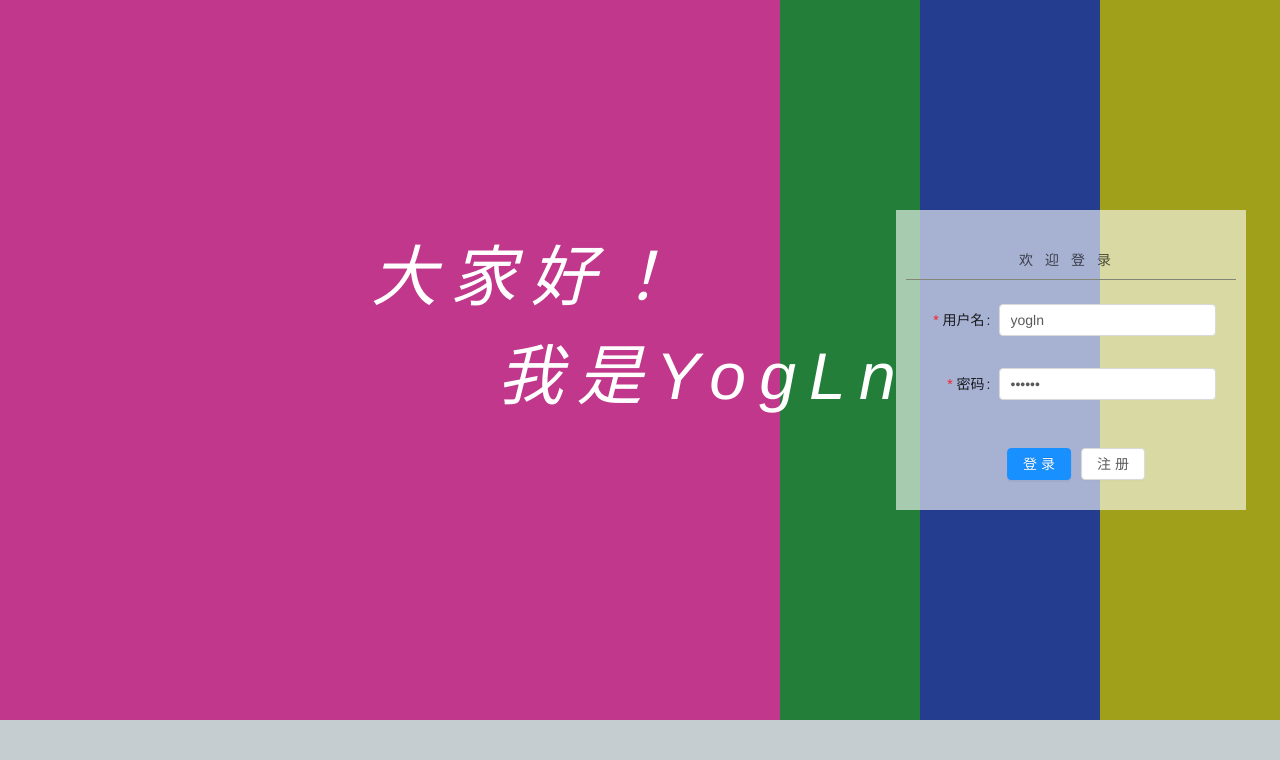
Repository: YogLn/theory-fre
Page: /register
These files come from the project's save history. The page is drawn as it stood at one moment and after the next save; the edit follows.
The browser window is 1280 px wide. The pictures show the whole page.
Backgrounds fixed to the window are drawn as part of the page. The project was rebuilt for these pictures with package versions that can differ from the ones it lists, and the page was loaded fresh each time.

Above is the page before, as saved 2021-07-22 16:45:37.

### src/App.vue
<template>
  <div id="app">
    <router-view />
  </div>
</template>

<style lang="less">
html,
body,
#app {
  height: 100%;
  font-family: 'Helvetica Neue', Helvetica, 'PingFang SC', 'Hiragino Sans GB',
    'Microsoft YaHei', '微软雅黑', Arial, sans-serif;
  background: url('./assets/img/home.jpg') no-repeat center;
  min-height: 760px;
  background-attachment: fixed;
  background-size: 100% 100%;
}
</style>

### src/router/index.js
import Vue from 'vue'
import VueRouter from 'vue-router'

const Login = () => import('../pages/login/Login.vue')
const Home = () => import('../pages/home/Home.vue')
const Register = () => import('../pages/login/Register.vue')
const Moment = () => import('../pages/moment/Moment.vue')
const Publish = () => import('../pages/moment/Publish.vue')
const Mine = () => import('../pages/mine/Mine.vue')
const Comment = () => import('../components/comment/Comment.vue')

Vue.use(VueRouter)

const routes = [
  {
    path: '',
    redirect: '/login'
  },
  {
    path: '/login',
    component: Login
  },
  {
    path: '/register',
    component: Register
  },
  {
    path: '/home',
    component: Home,
    redirect: '/moment',
    children: [
      {
        path: '/moment',
        component: Moment
      },
      {
        path: '/upload',
        component: Publish
      },
      {
        path: '/moment/:momentId',
        component: Comment
      },
      {
        path: '/mine',
        component: Mine
      },
    ]
  }
]

const router = new VueRouter({
  mode: 'history',
  base: process.env.BASE_URL,
  routes
})

// 挂载路由导航守卫
router.beforeEach((to, from, next) => {
  if (to.path == '/login') return next()
  // 获取 token
  const tokenStr = window.sessionStorage.getItem('token')
  if (!tokenStr) return next('/login')
  next()
})

export default router

### src/network/request.js
import axiox from 'axios'
import { BASE_URL, TIMEOUT } from './config'
const instance = axiox.create({
  baseURL: BASE_URL,//baseURL会在发送请求的时候拼接在url参数的前面
  timeout: TIMEOUT
})

instance.interceptors.request.use(function (config) {
  config.headers.Authorization = window.sessionStorage.getItem('token')
  return config;
}, function (error) {
  // 对请求错误做些什么
  return Promise.reject(error);
});

// 添加响应拦截器
//此处可以根据服务器的返回状态码做响应的处理
//404 404 500
instance.interceptors.response.use(function (response) {
  // 对响应数据做点什么

  return response;
}, function (error) {
  // 对响应错误做点什么
  return Promise.reject(error);
});

export function get (url, params) {
  return instance.get(url, {
    params
  })
}

export function post (url, data) {
  return instance.post(url, data)
}

export function del (url) {
  return instance.delete(url)
}

export function put (url, data) {
  return instance.put(url, data)
}

### src/pages/login/Login.vue
<template>
  <div class="container">
    <div class="item yellow">
      <p>大家好！<br />&nbsp;&nbsp;&nbsp;&nbsp;我是YogLn</p>
    </div>
    <div class="item blue">
      <p>大家好！<br />&nbsp;&nbsp;&nbsp;&nbsp;我是YogLn</p>
    </div>
    <div class="item green">
      <p>大家好！<br />&nbsp;&nbsp;&nbsp;&nbsp;我是YogLn</p>
    </div>
    <div class="item pink">
      <p>大家好！<br />&nbsp;&nbsp;&nbsp;&nbsp;我是YogLn</p>
    </div>
    <div class="login-box">
      <div class="login-header">
        <span>欢迎登录</span>
      </div>
      <div class="login-form">
        <a-form-model ref="loginFormRef"
                      :model="loginForm"
                      v-bind="layout"
                      :rules="loginFormRules">
          <a-form-model-item label="用户名"
                             prop="name">
            <a-input v-model="loginForm.name"
                     type="text"
                     autocomplete="off"
                     placeholder="请输入用户名" />
          </a-form-model-item>
          <a-form-model-item label="密码"
                             prop="password">
            <a-input v-model="loginForm.password"
                     type="password"
                     autocomplete="off"
                     placeholder="请输入密码" />
          </a-form-model-item>
        </a-form-model>
      </div>
      <div class="login-btn">
        <a-button type="primary"
                  class="btn-login"
                  @click="login">登录</a-button>
        <a-button @click="register">注册</a-button>
      </div>
    </div>
  </div>
</template>

<script>
import { Mixin } from '../../mixin'
export default {
  mixins: [Mixin],
  created() { },
  data() {
    return {
      loginForm: {
        name: 'yogln',
        password: '123456',
      },
    }
  },
  methods: {
    async login() {
      const res = await this.$http.post('/login', this.loginForm)
      if (res.status !== 200) {
        return this.$message.error('登录失败')
      }
      window.sessionStorage.setItem('token', res.data.token)
      window.sessionStorage.setItem('id', res.data.id)
      this.$message.success('登录成功')
      this.$router.push('/home')
    },
    register() {
      this.$router.push('/register')
    },
  },
}
</script>

<style lang="less" scoped>
.container {
  height: 100vh;
  position: relative;

  .item {
    position: absolute;
    width: 100%;
    height: 100%;
    top: 0;
    left: 0;
    display: flex;
    justify-content: center;
    align-items: center;
    font-size: 66px;
    font-style: italic;
    transform: translate(-100%);
  }

  .item p {
    letter-spacing: 0.2em;
    color: #fff;
    transform: translateX(-190%);
  }

  .yellow {
    background-color: rgb(160, 160, 26);
    animation: bg 0.3s linear forwards;
  }
  .yellow p {
    animation: text 3s 0.3s cubic-bezier(0, 0.49, 0, 1) forwards;
  }

  .blue {
    background-color: rgb(36, 61, 143);
    clip: rect(0, 1100px, 100vh, 0);
    animation: bg 2.4s 0.6s cubic-bezier(0, 0.49, 0, 1) forwards;
  }
  .blue p {
    animation: text 2.4s 0.6s cubic-bezier(0, 0.49, 0, 1) forwards;
  }

  .green {
    background-color: rgb(34, 126, 57);
    clip: rect(0, 920px, 100vh, 0);
    animation: bg 2.1s 0.9s cubic-bezier(0, 0.49, 0, 1) forwards;
  }
  .green p {
    animation: text 2.1s 0.9s cubic-bezier(0, 0.49, 0, 1) forwards;
  }

  .pink {
    background-color: rgb(192, 55, 139);
    clip: rect(0, 780px, 100vh, 0);
    animation: bg 1.8s 1.2s cubic-bezier(0, 0.49, 0, 1) forwards;
  }
  .pink p {
    animation: text 1.8s 1.2s cubic-bezier(0, 0.49, 0, 1) forwards;
  }

  @keyframes bg {
    from {
      transform: translate(-100%);
    }
    to {
      transform: translateX(0);
    }
  }

  @keyframes text {
    from {
      transform: translate(-190%);
    }
    to {
      transform: translateX(0);
    }
  }

  .login-box {
    display: relative;
    padding: 40px 10px;
    width: 350px;
    height: 300px;
    background: rgba(255, 255, 255, 0.6);
    position: fixed;
    left: 70%;
    top: 50%;
    transform: translateY(-50%);
    .login-header {
      margin-top: -10px;
      display: flex;
      justify-content: center;
      height: 40px;
      line-height: 40px;
      border-bottom: 1.6px solid #818679;
      span {
        text-align: center;
        letter-spacing: 12px;
      }
    }
    .login-form {
      padding: 20px;
    }
    .login-btn {
      position: absolute;
      left: 50%;
      transform: translateX(-50%);
      .btn-login {
        margin: 0 10px;
      }
    }
  }
}
</style>

### src/network/config.js
const devBaseURL = "http://121.4.100.103:5000";
const proBaseURL = "http://121.4.100.103:5000";
export const BASE_URL = process.env.NODE_ENV === 'development' ? devBaseURL: proBaseURL;

export const TIMEOUT = 5000;

### src/mixin.js
export const Mixin = {
  data() {
    return {
      loginFormRules:  {
        name: [{ required: true, message: '请输入用户名', trigger: 'blur' }],
        password: [{ required: true, message: '请输入密码', trigger: 'blur' }]
      },

      layout: {
        labelCol: { span: 6 },
        wrapperCol: { span: 18 },
      },
    }
  },
}

Loaded but not shown: public/index.html (common file); src/main.js (common file); src/store/index.js (common file); src/assets/css/reset.css (common file)

After the next save:
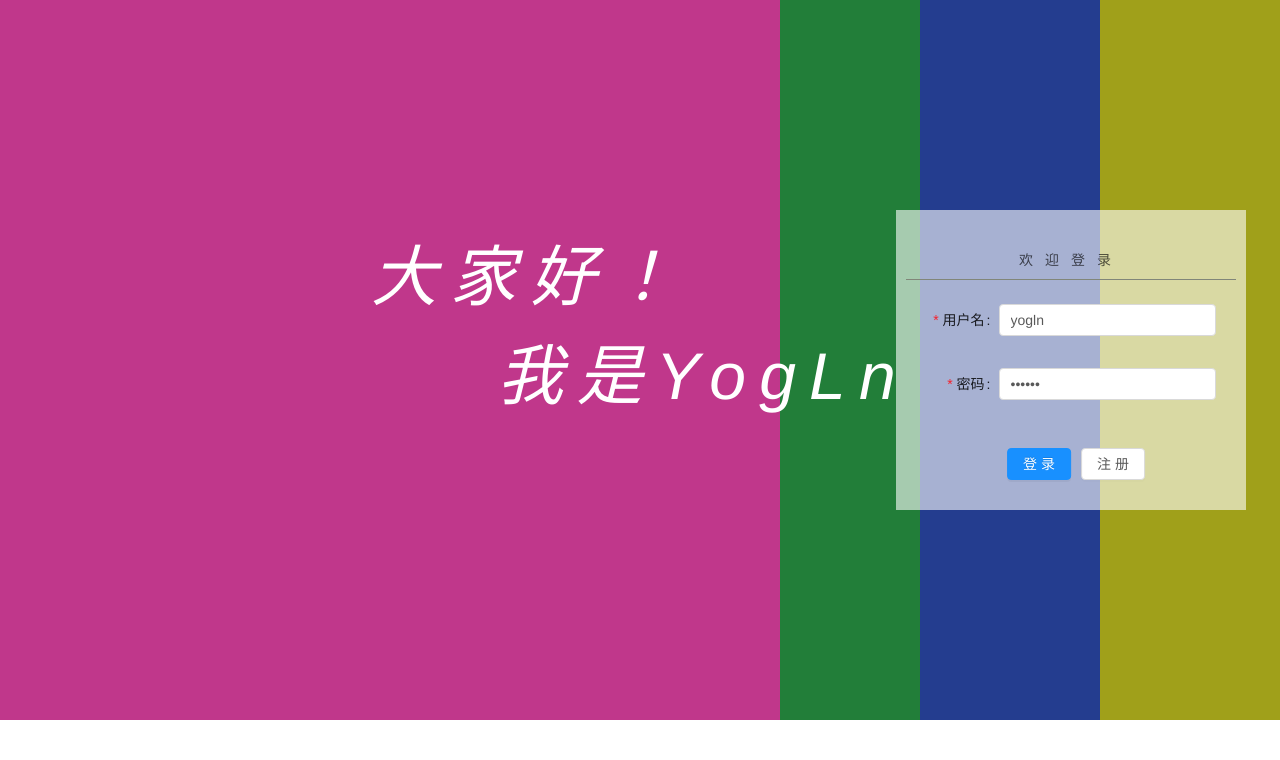
Saved 11 s later.
--- a/src/App.vue
+++ b/src/App.vue
@@ -11,7 +11,7 @@ body,
   height: 100%;
   font-family: 'Helvetica Neue', Helvetica, 'PingFang SC', 'Hiragino Sans GB',
     'Microsoft YaHei', '微软雅黑', Arial, sans-serif;
-  background: url('./assets/img/home.jpg') no-repeat center;
+  // background: url('./assets/img/home.jpg') no-repeat center;
   min-height: 760px;
   background-attachment: fixed;
   background-size: 100% 100%;
